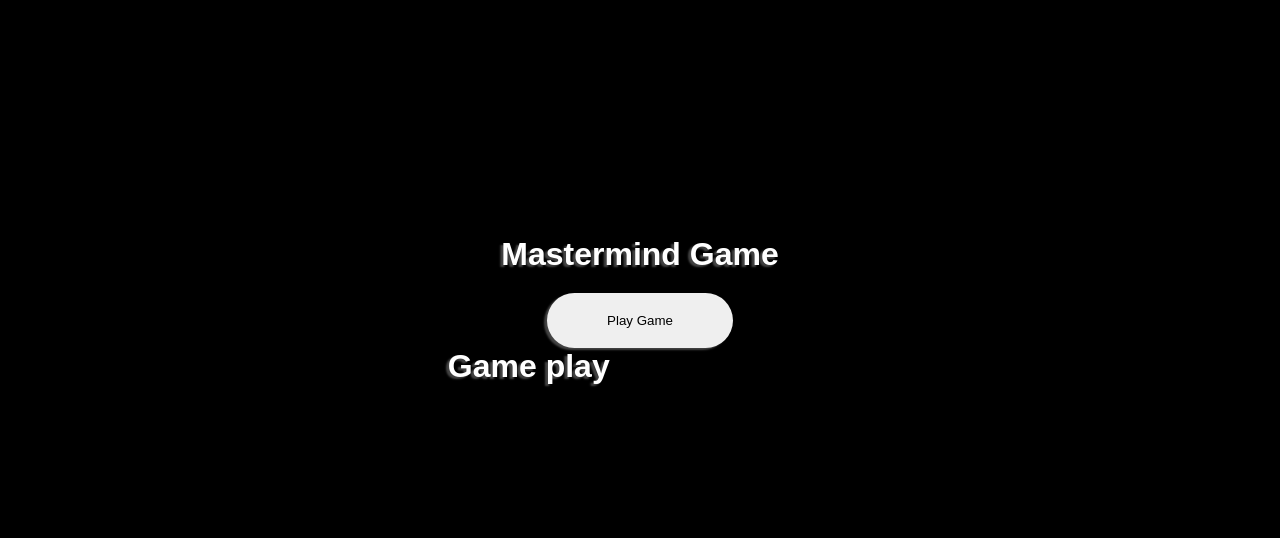
Repository: programmer686/Mastermind-with-Next.js
Page: /
The author's editor kept a copy of each file at every save. The page is drawn from the files as they stood at one save, then again after the next save.
The browser window is 1280 px wide. The pictures show the whole page.
The project was rebuilt for these pictures with package versions that can differ from the ones it lists, and the page was loaded fresh each time. The framework's server and built-in components were replaced by stand-ins that run in the browser. Also part of the build but not shown: next.config.js, src/styles/GameBoard.module.css, src/styles/PastPlay.module.css, src/comps/PastPlay.js, src/styles/GamePlay.module.css, src/comps/Logic.js, src/styles/Results.module.css, src/comps/Results.js and 3 more.

Above is the page before, as saved 2023-07-18 20:37:06.

After the next save:
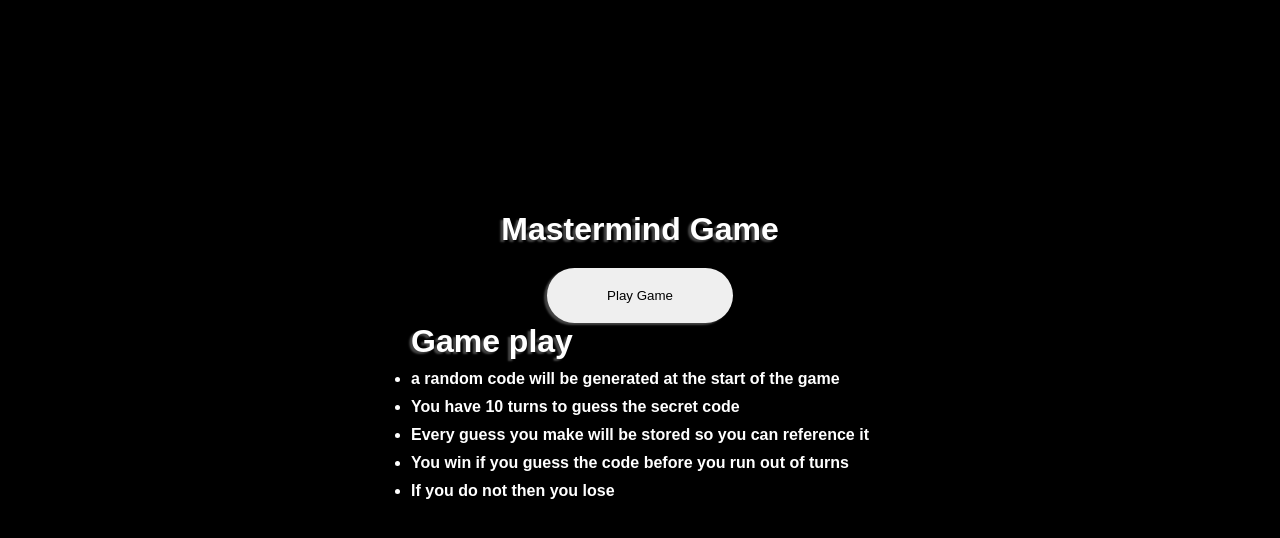
Saved 15 s later.
--- a/src/styles/StartScreen.module.css
+++ b/src/styles/StartScreen.module.css
@@ -25,3 +25,10 @@
     text-shadow: -3px 2px 2px rgb(68, 68, 68);
     color: white;
 }
+
+.startscreen__game_fules_li {
+    font-weight: bolder;
+    font-family: Arial, Helvetica, sans-serif;
+    margin-bottom: 10px;
+    color: white;
+}
